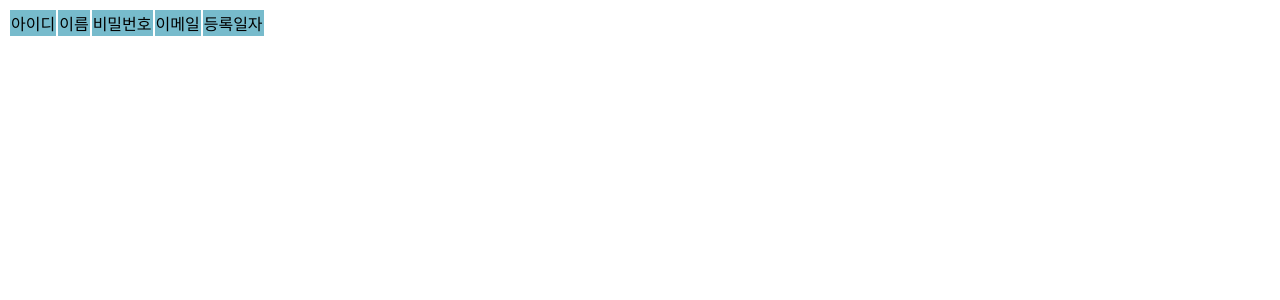
Repository: jsb5589/JAVAStudy
Page: http://localhost/JSP03/members/member7.jsp
An editor plug-in stored every save of this project. The page is shown before and after the next save, followed by the edit.
The browser window is 1280 px wide. The pictures show the whole page.
The page is served by Tomcat 9. Queries for data that is not in the repository find no rows.

Above is the page before, as saved 2021-08-12 03:28:17.

### EZWebs/JSP03/src/main/webapp/members/member7.jsp
<%@ page language="java" contentType="text/html; charset=UTF-8"
	import="java.util.*, members.*"
    pageEncoding="UTF-8"%>

<%
	request.setCharacterEncoding("UTF-8");
%>

<jsp:useBean id="member" class="members.MemberVO" scope="page"/>
<jsp:setProperty name="member" property="*" />

<%
/*
	String mid = request.getParameter("mid");
	String mname = request.getParameter("mname");
	String pwd = request.getParameter("pwd");
	String email = request.getParameter("email");

	member.setMid(mid);
	member.setMname(mname);
	member.setPwd(pwd);
	member.setEmail(email);
	*/
	// MemberVO member = new MemberVO(mid, mname, pwd, email);
	MemberDBCP memberDBCP = new MemberDBCP();
	memberDBCP.addMember(member);

	List<MemberVO> memberList = memberDBCP.getMembers();
%>

<!DOCTYPE html>
<html>
<head>
	<meta charset="UTF-8">
	<title>멤버 등록 및 조회7</title>
</head>
<body>
	<table>
		<tr bgcolor="77bbcc">
			<td>아이디</td>
			<td>이름</td>
			<td>비밀번호</td>
			<td>이메일</td>
			<td>등록일자</td>
		</tr>

<%
		for(int cnt=0; cnt < memberList.size(); cnt++)	{
			MemberVO mem = (MemberVO)memberList.get(cnt);
%>
		<tr>
			<td><%=mem.getMid()%></td>
			<td><%=mem.getMname()%></td>
			<td><%=mem.getPwd()%></td>
			<td><%=mem.getEmail()%></td>
			<td><%=mem.getRegdate()%></td>
		</tr>
<%
		}
%>
	</table>
</body>
</html>

### EZWebs/JSP03/src/main/java/members/MemberVO.java
/*
 * MemberVO Value Object
 */
package members;

import java.sql.Date;

public class MemberVO {
	private String mid;
	private String mname;
	private String pwd;
	private String email;
	private Date regdate;

	public MemberVO() {}

	public MemberVO(String mid, String mname, String pwd, String email) {
		this.mid = mid;
		this.mname = mname;
		this.pwd = pwd;
		this.email = email;
	}

	public String getMid() {
		return mid;
	}
	public void setMid(String mid) {
		this.mid = mid;
	}
	public String getMname() {
		return mname;
	}
	public void setMname(String mname) {
		this.mname = mname;
	}
	public String getPwd() {
		return pwd;
	}
	public void setPwd(String pwd) {
		this.pwd = pwd;
	}
	public String getEmail() {
		return email;
	}
	public void setEmail(String email) {
		this.email = email;
	}
	public Date getRegdate() {
		return regdate;
	}
	public void setRegdate(Date regdate) {
		this.regdate = regdate;
	}

}

### EZWebs/JSP03/src/main/java/members/MemberDBCP.java
package members;

import java.sql.Connection;
import java.sql.Date;
import java.sql.PreparedStatement;
import java.sql.ResultSet;
import java.sql.SQLException;
import java.util.ArrayList;
import java.util.List;

import javax.naming.Context;
import javax.naming.InitialContext;
import javax.sql.DataSource;

public class MemberDBCP {
	private DataSource datasource = null;
	private Connection conn = null;
	private PreparedStatement stmt = null;

	public MemberDBCP() {
		try {
			Context ctx = new InitialContext();
			Context env = (Context)ctx.lookup("java:/comp/env");
			datasource = (DataSource)env.lookup("jdbc/oracle");
		}
		catch(Exception e) {
			e.printStackTrace();
		}
	}

	public void addMember(MemberVO memberVO) {
		String sql = "INSERT INTO member (mid, mname, pwd, email) VALUES (?, ?, ?, ?)";

		try {
			conn = datasource.getConnection();
			stmt = conn.prepareStatement(sql);

			stmt.setString(1, memberVO.getMid());
			stmt.setString(2, memberVO.getMname());
			stmt.setString(3, memberVO.getPwd());
			stmt.setString(4, memberVO.getEmail());

			stmt.executeUpdate();
			stmt.close();
		}
		catch(Exception e) {
			e.printStackTrace();
		}
	}

	public List<MemberVO> getMembers() {
		List<MemberVO> listMembers = new ArrayList<MemberVO>();

		ResultSet rs = null;

		try {
			String sql = "SELECT * FROM member ORDER BY mid";

			// conn = OracleConnector.getConnection();
			conn = datasource.getConnection();

			stmt = conn.prepareStatement(sql);
			rs = stmt.executeQuery();

			while(rs.next()) {
				String mid = rs.getString("mid");
				String mname = rs.getString("mname");
				String pwd = rs.getString("pwd");
				String email = rs.getString("email");
				Date regdate = rs.getDate("regdate");

				MemberVO member = new MemberVO();
				member.setMid(mid);
				member.setMname(mname);
				member.setPwd(pwd);
				member.setEmail(email);
				member.setRegdate(regdate);

				listMembers.add(member);
			}
		}
		catch(SQLException e) {
			System.out.println("[getMembers] SQLException: " + e.toString());
		}
		finally {
			try {
				if(rs != null) {
					rs.close();
				}
				if(stmt != null) {
					stmt.close();
				}

				conn.close();
			}
			catch(Exception e) {
				System.out.println("[getMembers] finally SQLException: " + e.toString());
			}

			// OracleConnector.closeConnection();

		}
		return listMembers;
	}

	public void delMember(String mid) {
		String sql = "DELETE FROM member WHERE mid = ?";

		try {
			conn = datasource.getConnection();
			stmt = conn.prepareStatement(sql);
			stmt.setString(1, mid);
			stmt.executeUpdate();
			stmt.close();
		}
		catch(Exception e) {
			e.printStackTrace();
		}
	}

	public void updateMember(MemberVO memberVO) {
		String sql = "UPDATE member SET mname=?, pwd=?, email=? WHERE mid=?";

		try {
			conn = datasource.getConnection();
			stmt = conn.prepareStatement(sql);

			stmt.setString(1, memberVO.getMname());
			stmt.setString(2, memberVO.getPwd());
			stmt.setString(3, memberVO.getEmail());
			stmt.setString(4, memberVO.getMid());

			stmt.executeUpdate();
			stmt.close();
		}
		catch(Exception e) {
			e.printStackTrace();
		}
	}

	public MemberVO getMember(String id) {
		String sql = "SELECT * FROM member WHERE mid=? ORDER BY mid";
		ResultSet rs = null;
		MemberVO member = new MemberVO();

		try {
			conn = datasource.getConnection();

			stmt = conn.prepareStatement(sql);
			stmt.setString(1, id);

			rs = stmt.executeQuery();

			if(rs.next()) {
				String mid = rs.getString("mid");
				String mname = rs.getString("mname");
				String pwd = rs.getString("pwd");
				String email = rs.getString("email");
				Date regdate = rs.getDate("regdate");

				member.setMid(mid);
				member.setMname(mname);
				member.setPwd(pwd);
				member.setEmail(email);
				member.setRegdate(regdate);
			}
		}
		catch(SQLException e) {
			System.out.println("[getMembers] SQLException: " + e.toString());
		}
		finally {
			try {
				if(rs != null) {
					rs.close();
				}
				if(stmt != null) {
					stmt.close();
				}

				conn.close();
			}
			catch(Exception e) {
				System.out.println("[getMembers] finally SQLException: " + e.toString());
			}
		}
		return member;
	}

	public boolean isMember(String mid, String pwd) {
		String sql = "SELECT decode(count(*),1,'true','false') AS membered FROM member WHERE mid=? AND pwd=?";

		boolean membered = false;

		try {
			conn = datasource.getConnection();
			stmt = conn.prepareStatement(sql);
			stmt.setString(1, mid);
			stmt.setString(2, pwd);

			ResultSet rs = stmt.executeQuery();
			if(rs.next()) {
				membered = Boolean.parseBoolean(rs.getString("membered"));
			}
			System.out.println("membered=" + membered);
		}
		catch (Exception e) {
			e.printStackTrace();
		}
		return membered;
	}
}

After the next save:
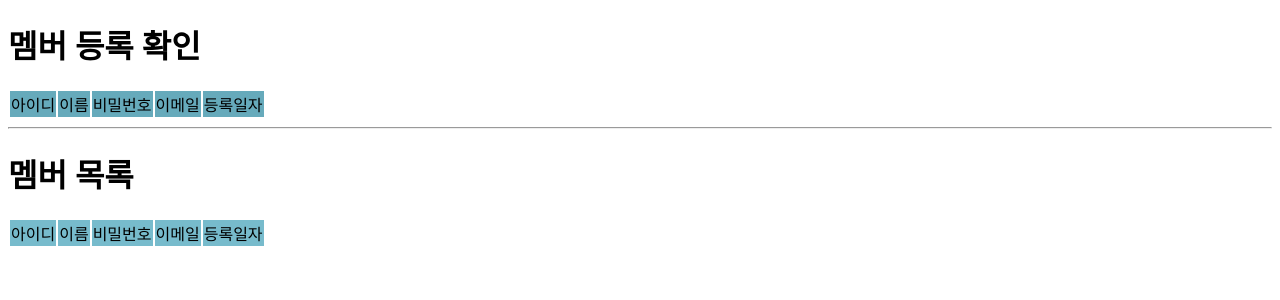
Saved 105 s later.
--- a/EZWebs/JSP03/src/main/webapp/members/member7.jsp
+++ b/EZWebs/JSP03/src/main/webapp/members/member7.jsp
@@ -35,6 +35,18 @@
 	<title>멤버 등록 및 조회7</title>
 </head>
 <body>
+	<h1>멤버 등록 확인</h1>
+	<table>
+		<tr bgcolor="66aabb">
+			<td>아이디</td>
+			<td>이름</td>
+			<td>비밀번호</td>
+			<td>이메일</td>
+			<td>등록일자</td>
+	</table>
+
+	<hr>
+	<h1>멤버 목록</h1>
 	<table>
 		<tr bgcolor="77bbcc">
 			<td>아이디</td>
